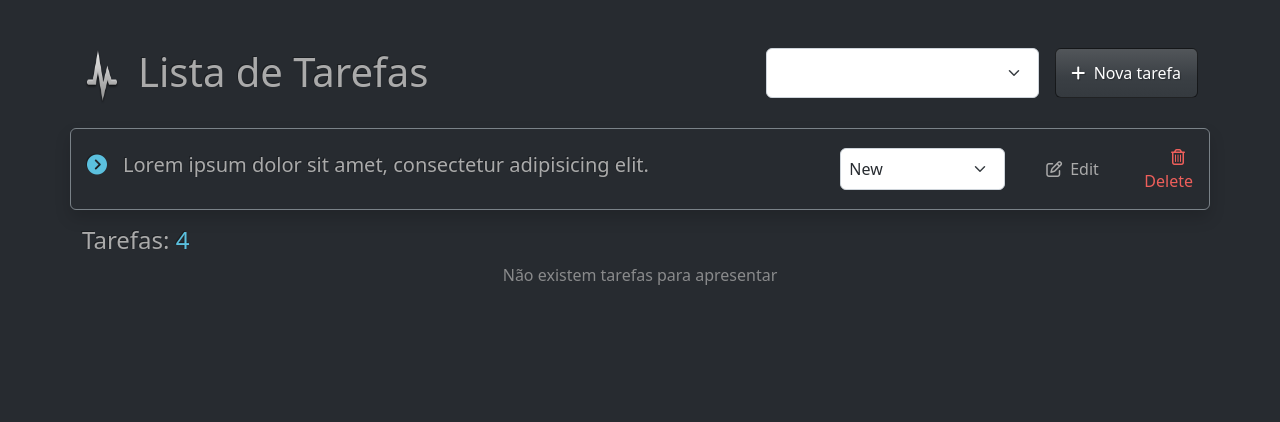
Repository: cargugati/lista_tarefas
Page: frontEnd/index.html
The author's editor kept a copy of each file at every save. The page is drawn from the files as they stood at one save, then again after the next save.
The browser window is 1280 px wide. The pictures show the whole page.

Above is the page before, as saved 2023-03-18 23:14:42.

After the next save:
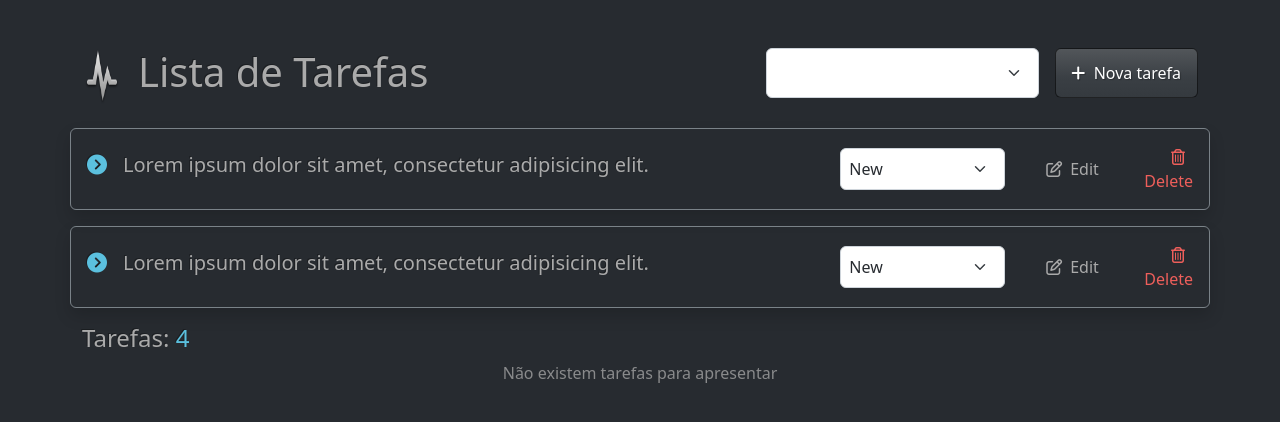
Saved 21 s later.
--- a/frontEnd/index.html
+++ b/frontEnd/index.html
@@ -58,6 +58,29 @@
       </div>
     </div>
 
+    <div class="row mb-3">
+      <div class="col-12 border border-secondary rounded p-3 shadow">
+        <div class="row align-items-center">
+          <div class="col-8">
+            <div class="d-flex align-items-center">
+              <h5 class="me-3 text-info"> <i class="fa-solid fa-circle-chevron-right"></i> </h5>
+              <h5>Lorem ipsum dolor sit amet, consectetur adipisicing elit.</h5>
+            </div>
+          </div>
+          <div class="col-2">
+            <select id="task_status" class="form-select p-2">
+              <option value="new">New</option>
+              <option value="in progress">In progress</option>
+              <option value="canceled">Canceled</option>
+              <option value="done">Done</option>
+            </select>
+          </div>
+          <div class="col-1 text-end"><i class="fa-regular fa-pen-to-square me-2"></i>Edit</div>
+          <div class="col-1 text-end text-danger"><i class="fa-regular fa-trash-can me-2"></i>Delete</div>
+        </div>
+      </div>
+    </div>
+
     <!-- total tarefas -->
     <div class="row">
       <div class="col">
